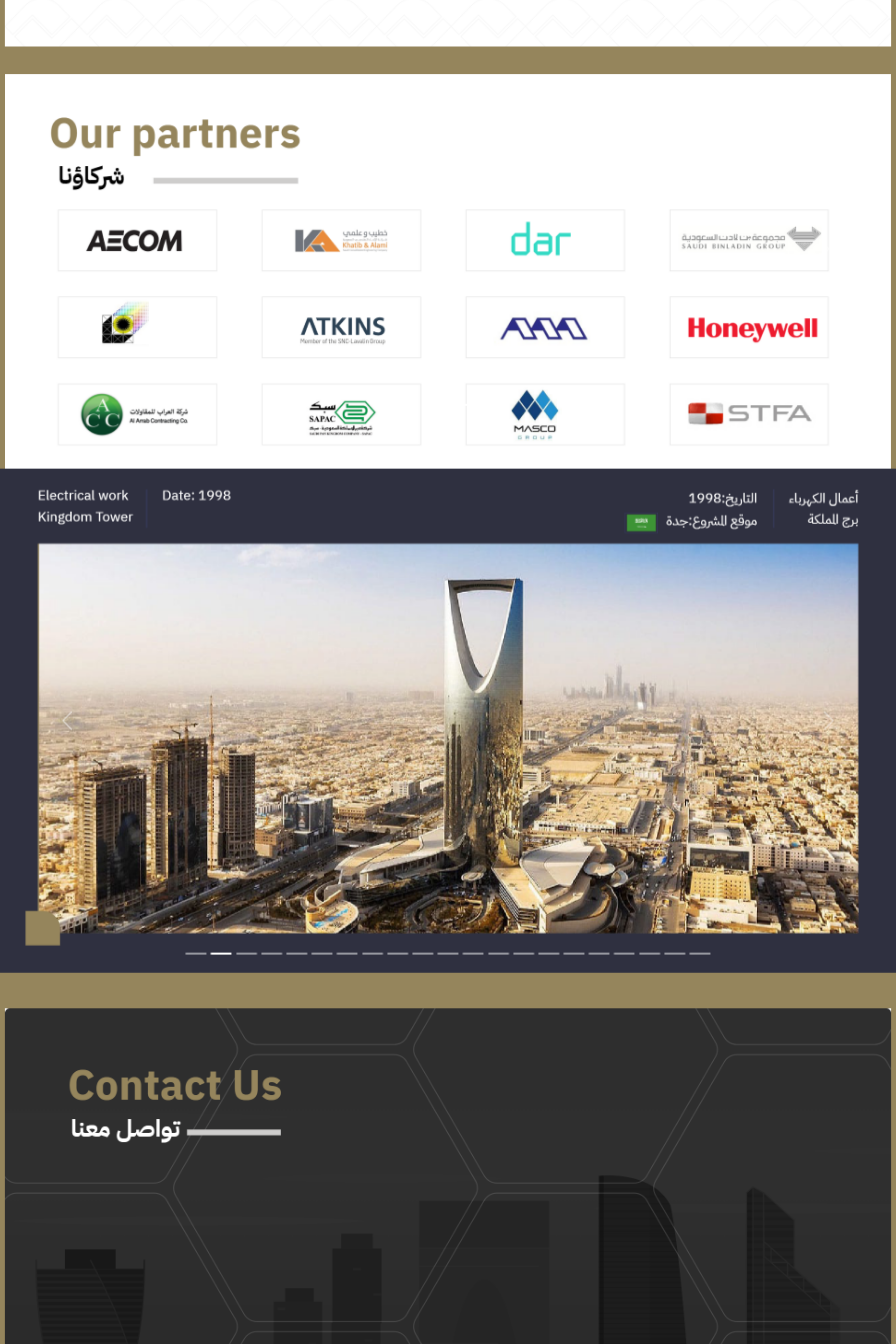
Repository: shahzaibrehman123/hasad-holding
Page: /
The author's editor kept a copy of each file at every save. The page is drawn from the files as they stood at one save, then again after the next save.
The browser window is 1280 px wide. The pictures show the part of the page from y = 3058 to 4978 px (the page is 5211 px tall before and 4791 px after), at 70% of full size.
The project was rebuilt for these pictures with package versions that can differ from the ones it lists, and the page was loaded fresh each time.

Above is the page before, as saved 2023-11-07 18:32:54.

After the next save:
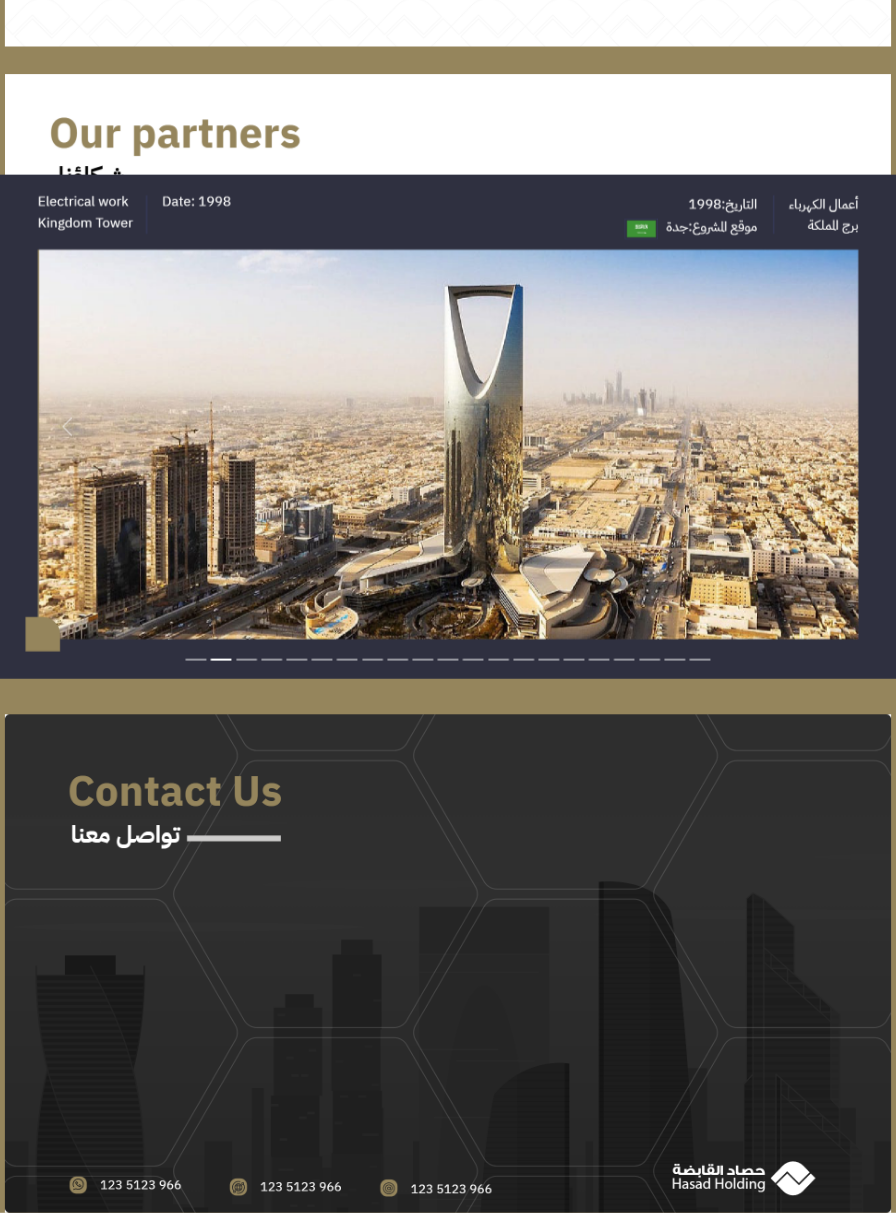
Saved 31 s later.
--- a/src/components/ClientAndPartners/style.css
+++ b/src/components/ClientAndPartners/style.css
@@ -1,6 +1,6 @@
 .cp-container{
     margin:0px 7px 5% 7px;
-    height: 500px;
+    height: 5rem;
 }
 .img-responsive {
     width: 100%;
